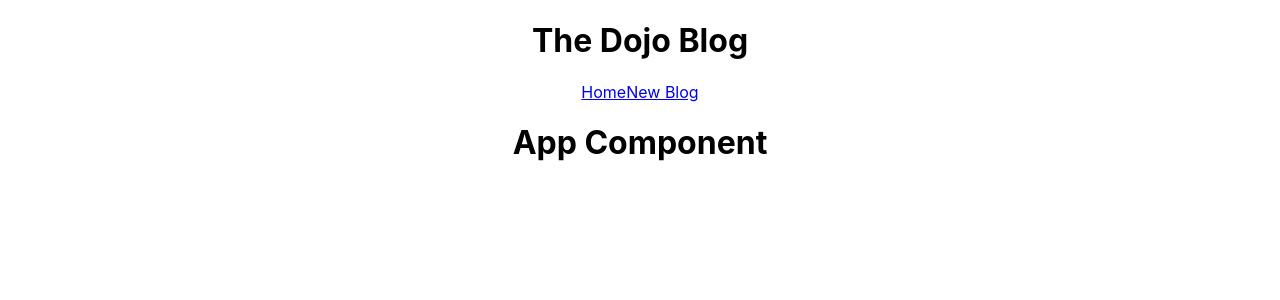
Repository: DESTINYAS/Reactjs
Page: /
An editor plug-in stored every save of this project. The page is shown before and after the next save, followed by the edit.
The browser window is 1280 px wide. The pictures show the whole page.
The project was rebuilt for these pictures with package versions that can differ from the ones it lists, and the page was loaded fresh each time.

Above is the page before, as saved 2022-11-27 22:50:18.

After the next save:
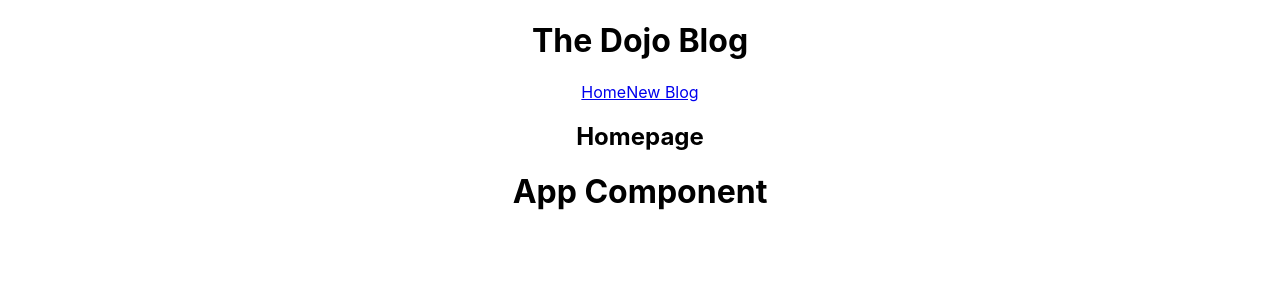
Saved 42 s later.
--- a/src/App.js
+++ b/src/App.js
@@ -1,11 +1,13 @@
 import "./App.css";
 import Navbar from "./Navbar";
+import Home from "./Home";
 
 function App() {
   return (
     <div className="App">
       <div className="content">
         <Navbar />
+        <Home />
         <h1>App Component</h1>
       </div>
     </div>
